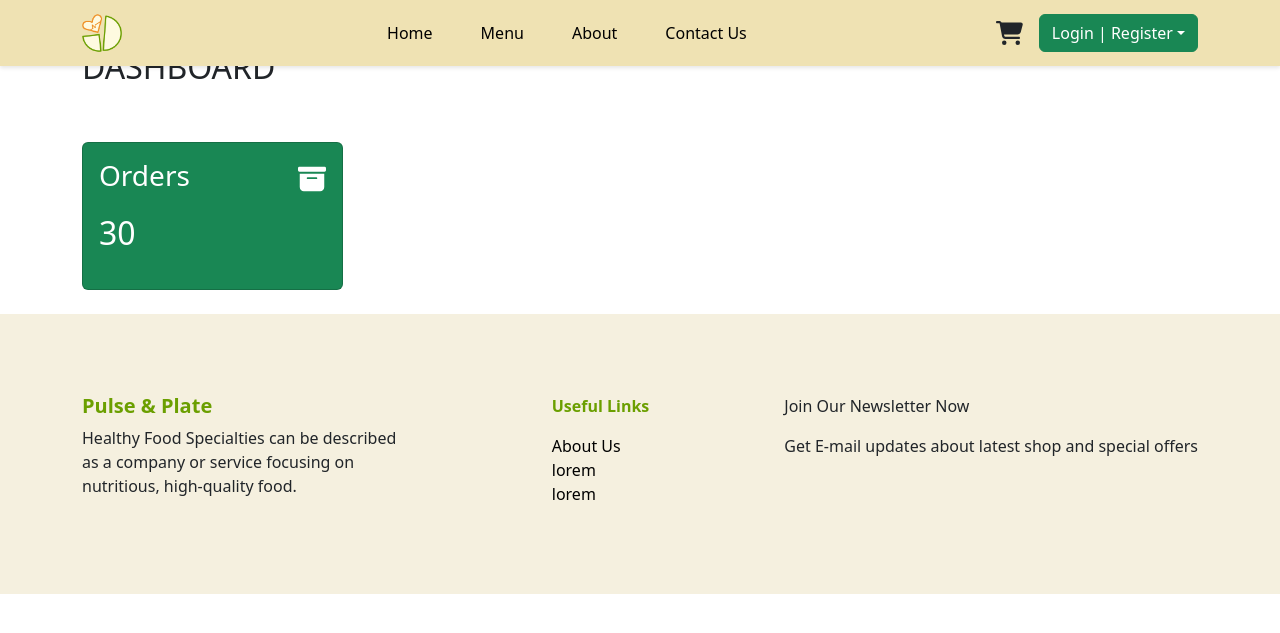
Repository: zeinawady/Pulse-and-Plate
Page: /dashboard
These files come from the project's save history. The page is drawn as it stood at one moment and after the next save; the edit follows.
The browser window is 1280 px wide. The pictures show the whole page.
The project was rebuilt for these pictures with package versions that can differ from the ones it lists, and the page was loaded fresh each time. Also part of the build but not shown: src/components/Main/Main.css, src/components/Main/Main.js, src/components/Menu/MealCard.css, src/components/Menu/MealCard.js, src/components/Menu/Categories.css, src/components/Menu/Categories.js, src/components/Menu/Menu.css, src/components/Menu/Menu.js and 21 more.

Above is the page before, as saved 2025-05-15 18:56:21.

### public/index.html
<!DOCTYPE html>
<html lang="en">
  <head>
    <meta charset="utf-8" />
    <link rel="icon" href="%PUBLIC_URL%/images/logo-trans.png" />
    <meta name="viewport" content="width=device-width, initial-scale=1" />
    <meta name="theme-color" content="#000000" />
    <meta
      name="description"
      content="Web site created using create-react-app"
    />
    <link rel="apple-touch-icon" href="%PUBLIC_URL%/images/logo-trans.png" />
    <!--
      manifest.json provides metadata used when your web app is installed on a
      user's mobile device or desktop. See https://developers.google.com/web/fundamentals/web-app-manifest/
    -->
    <link rel="manifest" href="%PUBLIC_URL%/manifest.json" />
    <!--
      Notice the use of %PUBLIC_URL% in the tags above.
      It will be replaced with the URL of the `public` folder during the build.
      Only files inside the `public` folder can be referenced from the HTML.

      Unlike "/favicon.ico" or "favicon.ico", "%PUBLIC_URL%/favicon.ico" will
      work correctly both with client-side routing and a non-root public URL.
      Learn how to configure a non-root public URL by running `npm run build`.
    -->
    <title>Pulse And Plate</title>
  </head>
  <body>
    <noscript>You need to enable JavaScript to run this app.</noscript>
    <div id="root"></div>
    <!--
      This HTML file is a template.
      If you open it directly in the browser, you will see an empty page.

      You can add webfonts, meta tags, or analytics to this file.
      The build step will place the bundled scripts into the <body> tag.

      To begin the development, run `npm start` or `yarn start`.
      To create a production bundle, use `npm run build` or `yarn build`.
    -->
  </body>
</html>

### src/index.js
import React from 'react';
import ReactDOM from 'react-dom/client';
import './index.css';
import App from './App';
import reportWebVitals from './reportWebVitals';
import 'bootstrap/dist/css/bootstrap.min.css';
import '@fortawesome/fontawesome-free/css/all.min.css';
import 'bootstrap/dist/css/bootstrap.min.css';
import './fontAwesome';
import { BrowserRouter } from 'react-router-dom';

const root = ReactDOM.createRoot(document.getElementById('root'));
root.render(
  <React.StrictMode>
    <BrowserRouter>
      <App />
    </BrowserRouter>
  </React.StrictMode>
);

// If you want to start measuring performance in your app, pass a function
// to log results (for example: reportWebVitals(console.log))
// or send to an analytics endpoint. Learn more: https://bit.ly/CRA-vitals
reportWebVitals();

### src/App.js
import React from "react";
import "./App.css";
import Home from "./components/Home/Home";
import Footer from "./components/Footer/Footer";
import { Routes, Route } from "react-router-dom";

import Header from "./components/Header/Header";
import About from "./components/About/About";
import Menu from "./components/Menu/Menu";
import ContactUs from "./components/ContactUs/ContactUs";
import Login from "./components/Login/Login";
import SignUp from "./components/SignUp/SignUp";
import UserProfile from "./components/UserProfile/UserProfile";
import { UserProvider } from "./UserContext";
import ProductInfo from "./components/ProductInfo/ProductInfo";
import PaymentPage from "./components/PaymentPage/PaymentPage";
import AdminProfile from "./components/AdminProfile/AdminProfile";
import Dashboard from "./components/Dashboard/Dashboard";

function App() {
  return (
    <UserProvider>
      <div>
        <Header />
        <Routes>
          <Route path="/" element={<Home />} />
          <Route path="/home" element={<Home />} />
          <Route path="/about" element={<About />} />
          <Route path="/menu" element={<Menu />} />
          <Route path="/category" element={<Menu />} />
          <Route path="/login" element={<Login />} />
          <Route path="/register" element={<SignUp />} />
          <Route path="/userAccount" element={<UserProfile />} />
          <Route path="/contactus" element={<ContactUs />} />
          <Route path="/product-info" element={<ProductInfo />} />
          <Route path="/PaymentPage" element={<PaymentPage />} />
          <Route path="/admin-profile" element={<AdminProfile />} />
          <Route path="/dashboard" element={<Dashboard />} />
        </Routes>

        <Footer />
      </div>
    </UserProvider>
  );
}

export default App;

### src/fontAwesome.js
// src/fontAwesome.js
import { library } from '@fortawesome/fontawesome-svg-core';
import {
    faUser,
    faCartShopping,
    faHome,
    faEnvelope,
    faSearch,
    faConciergeBell,
     faPercent,
     faTruckFast,
     faCarrot,
    // Add any other icons you need here
} from '@fortawesome/free-solid-svg-icons';

// Add icons to the library
library.add(
    faUser,
    faCartShopping,
    faHome,
    faEnvelope,
    faSearch,
    faConciergeBell,
    faPercent,
    faTruckFast,
    faCarrot,

    // Add any other icons you need here
);

### src/App.css
@font-face {
  font-family: "Lato";
  src: url("../public/Fonts/Lato/Lato-Black.ttf") format("truetype");
}

:root {
  --primary-color: #6b9f00;
  --secondary-color: #ef9025;
  --light-color: hsl(47, 66%, 82%);
  --text-color: #000000;
  --font-family: "Lato", sans-serif;
  --sections-padding: 5rem;
}

body {
  margin: 0;
  padding: 0;
  border: none !important;
  outline: none !important;
  font-family: var(--font-family);
  font-weight: 500;
  -webkit-font-smoothing: antialiased;
  -moz-osx-font-smoothing: grayscale;
  background-color: #eee;

}
a{
  text-decoration: none;
}

### src/components/Footer/Footer.js
import "../../App";

import "./Footer.css";
import { Container } from "react-bootstrap";
import Button from "react-bootstrap/Button";
import { FontAwesomeIcon } from "@fortawesome/react-fontawesome";


export default function Footer() {
    return (
        <footer>
            <Container fluid="md">
            <div className="wrapper-footer">
                <div className="info">
                    <h5>Pulse & Plate</h5>
                    <p>Healthy Food Specialties can be described as a company or service focusing on nutritious, high-quality food. </p>
                </div>
                <div className="links">
                    <p >Useful Links</p>
                    <a href="#">About Us</a>
                    <a href="#">lorem</a>
                    <a href="#">lorem</a>
                </div>
                <div>
                    <p>Join Our Newsletter Now </p>
                    <p>Get E-mail updates about latest shop and special offers </p>
                </div>
            </div>
            </Container>
        </footer>
    );
}

### src/components/Header/Header.js
import React from 'react';
import './Header.css';
import '../../App';
import { Link, NavLink, useNavigate } from 'react-router-dom';
import { useUser } from "../../UserContext";

// React Bootstrap
import Container from 'react-bootstrap/Container';
import Nav from 'react-bootstrap/Nav';
import Navbar from 'react-bootstrap/Navbar';
import Dropdown from 'react-bootstrap/Dropdown';

// Font Awesome
import { FontAwesomeIcon } from '@fortawesome/react-fontawesome';
import { faCartShopping } from '@fortawesome/free-solid-svg-icons';

export default function Header() {
    const { user, setUser } = useUser();
    const navigate = useNavigate();

    const handleLogout = () => {
        navigate('/login');
        localStorage.removeItem("user");
        localStorage.removeItem("token");
        setUser(null);
    };

    return (
        <Navbar expand="md" className="fixed-top">
            <Container fluid="md">
                <Navbar.Brand as={Link} to="/home">
                    <img
                        src="/images/logo-trans.png"
                        width="40"
                        height="40"
                        className="d-inline-block align-top"
                        alt="React Bootstrap logo"
                    />
                </Navbar.Brand>

                <Navbar.Toggle aria-controls="basic-navbar-nav" />
                <Navbar.Collapse id="basic-navbar-nav">
                    <Nav className="me-auto ms-auto">
                        <Nav.Link as={NavLink} to="/home">Home</Nav.Link>
                        <Nav.Link as={NavLink} to="/menu">Menu</Nav.Link>
                        <Nav.Link as={NavLink} to="/about">About</Nav.Link>
                        <Nav.Link as={NavLink} to="/contactus">Contact Us</Nav.Link>
                    </Nav>

                    <div className="icons d-flex align-items-center gap-3">
                        <FontAwesomeIcon icon={faCartShopping} size="lg" />

                        <Dropdown align="end">
                            <Dropdown.Toggle variant="success" id="dropdown-user">
                                {user?.name ? user.name.split(" ")[0] : "Login | Register"}
                            </Dropdown.Toggle>

                            <Dropdown.Menu>
                                {user?.name ? (
                                    <>
                                        <Dropdown.Item as={Link} to="/userAccount">Profile</Dropdown.Item>
                                        <Dropdown.Item onClick={handleLogout}>Logout</Dropdown.Item>
                                    </>
                                ) : (
                                    <>
                                        <Dropdown.Item as={Link} to="/login">Login</Dropdown.Item>
                                        <Dropdown.Item as={Link} to="/register">Register</Dropdown.Item>
                                    </>
                                )}
                            </Dropdown.Menu>
                        </Dropdown>
                    </div>
                </Navbar.Collapse>
            </Container>
        </Navbar>
    );
}

### src/UserContext.jsx
import { createContext, useContext, useState } from 'react';

const UserContext = createContext();

export function UserProvider({ children }) {
  const [user, setUser] = useState(() => {
    const stored = localStorage.getItem('user');
    return stored ? JSON.parse(stored) : null;
  });

  const updateUser = (updatedUser) => {
    localStorage.setItem('user', JSON.stringify(updatedUser));
    setUser(updatedUser);
  };

  return (
    <UserContext.Provider value={{ user, setUser: updateUser }}>
      {children}
    </UserContext.Provider>
  );
}

export function useUser() {
    return useContext(UserContext);
}

### src/components/Dashboard/Dashboard.js
import React from "react";
import "../../App";
import "./Dashboard.css";
import { BsFillArchiveFill } from "react-icons/bs";
export default function Dashboard() {
  return (
    <div className="main-container container">
      <h2 className="py-5">DASHBOARD</h2>

      <div className="row mb-4 ">

        <div className="col-md-3 col-sm-6">
          <div className="card text-white bg-success h-100">
            <div className="card-body">
              <div className="card-inner">
                <div className="card-title d-flex justify-content-between">
                  <h3>Orders</h3>
                  <h3 className="card_icon ">
                    <BsFillArchiveFill />
                  </h3>
                </div>
                  <p className="fs-2">30</p>
              </div>
            </div>
          </div>
        </div>



      </div>
    </div>
  );
}

### src/components/Footer/Footer.css
footer{
    background-color: hsla(47, 53%, 90%, 0.822);
    padding-block-start: var(--sections-padding);
    padding-block-end: var(--sections-padding);
}
.wrapper-footer{
    display: flex;
    justify-content: space-between;

}
.wrapper-footer .info{
  width: 30%;

}
.wrapper-footer .info h5{
    color: var(--primary-color);
    font-weight: 700;
}
.links>p:first-child{
font-weight: 700;
color: var(--primary-color);

}
.links{
    display: flex;
    flex-direction: column;
}
.links a{
    text-decoration: none;
    color: var(--text-color);
}
@media (max-width: 767px) {
    .wrapper-footer{
       flex-direction: column;
    }
    .wrapper-footer .info{
        width: 100%;
      }

}

### src/components/Header/Header.css
.navbar {
    box-shadow: 0 2px 4px rgba(0, 0, 0, 0.1);
    /* background-color: rgba(254, 250, 225, 0.3);
     */
     background-color: var(--light-color);
     z-index: 100;
}

.navbar-nav .nav-link,
.dropdown-menu .dropdown-item {
    color: var(--text-color);
}


/* * --> all children */
.navbar .nav-link {
    padding: 0 1.5rem !important;
    text-align: center;
}

@media (max-width: 767px) {
    .navbar .nav-link {
        padding: 0.5rem 0 !important;
    }

    .icons>svg {
        padding-top: 0.5rem;
        margin: auto;
        font-size: 1.25rem;
    }
}

.icons {
    display: flex;
    gap: 1.5rem;
}

.icons svg {
    font-size: 1.5rem;
}

.navbar-toggler {
    border: none !important;
}

.navbar-toggler:focus {
    box-shadow: none !important;
}

@media (max-width: 767px) {

    /* .navbar .dropdown-menu {
                position: absolute !important;
                top: 80% !important;
                left: 35% !important;
                background-color: var(--light-color);
                right: 0;
                width: 100%;
                z-index: 1050;
            } */
    .navbar-nav {
        .dropdown-menu {
            width: 50%;
            margin: auto;
            text-align: center;
        }

        /* .dropdown-menu[data-bs-popper] {
            top: 100%;
            left: 50%;
            transform: translateX(-50%);
        } */

        /* .nav-item,
        .nav-link {
            text-align: center;
        } */
    }
}

@media (max-width: 441px) {
    .navbar-nav {
        .dropdown-menu {
            width: 35%;
        }
    }
}

### src/components/PaymentPage/PaymentPage.css
:root {
    --primary-color: #6b9f00;
    --secondary-color: #ef9025;
    --light-color: #efe2b3;
    --secondary-light-color: #FDFAE0;
    --text-color: #000000;
    --font-family: "Lato", sans-serif;
    --sections-padding: 5rem;
    --section-margin: 60px;
    /* This variable can be used or adjusted for header height */
}

body {
    margin: 0;
    padding: 0;
    border: none !important;
    outline: none !important;
    font-family: var(--font-family);
    font-weight: 500;
    -webkit-font-smoothing: antialiased;
    -moz-osx-font-smoothing: grayscale;
    background-color: #eee;
    color: var(--text-color);
}

.payment-page a {
    text-decoration: none;
    color: var(--primary-color);
}


/* Main container */
.payment-page.container {
    max-width: 960px;
    margin: 100px;
    padding: var(--sections-padding) 30px;
    background-color: var(--secondary-light-color);
    border-radius: 10px;
    box-shadow: 0 4px 15px rgba(107, 159, 0, 0.3);

}

/* Card style */
.payment-page .card {
    background: var(--light-color);
    border-radius: 12px;
    box-shadow: 0 6px 20px rgba(0, 0, 0, 0.1);
    padding: 30px;
    margin-bottom: 30px;
}

/* Card header */
.payment-page .card-header {
    font-weight: 700;
    font-size: 1.5rem;
    color: var(--primary-color);
    border-bottom: 3px solid var(--secondary-color);
    padding-bottom: 15px;
    margin-bottom: 25px;
}

/* Order Summary Items */
.payment-page .card-body>div.d-flex {
    font-size: 1.1rem;
    justify-content: space-between;
    padding: 8px 0;
    border-bottom: 1px solid var(--secondary-light-color);
}

.payment-page .card-body>hr+div {
    font-weight: 700;
    font-size: 1.25rem;
    color: var(--primary-color);
    padding-top: 10px;
}

/* Form headings */
.payment-page h4,
.payment-page h5 {
    color: var(--primary-color);
    margin-bottom: 20px;
    font-weight: 700;
}

/* Form labels */
.payment-page .form-label {
    font-weight: 600;
    color: var(--text-color);
}

/* Input fields */
.payment-page .form-control {
    border-radius: 8px;
    border: 2px solid var(--primary-color);
    padding: 10px 15px;
    font-family: var(--font-family);
    font-weight: 500;
    font-size: 1rem;
    transition: border-color 0.3s ease;
    color: var(--text-color);
    background-color: #fff;
}

.payment-page .form-control:focus {
    border-color: var(--secondary-color) !important;
    box-shadow: 0 0 8px var(--secondary-color) !important;
    outline: none;
}

/* Validation feedback */
.payment-page .is-invalid {
    border-color: #dc3545 !important;
}

.payment-page .is-invalid:focus {
    box-shadow: 0 0 8px rgba(220, 53, 69, 0.5);
}

.payment-page .invalid-feedback {
    font-size: 0.9rem;
    color: #dc3545;
    margin-top: 6px;
}

/* Radio buttons */
.payment-page .form-check-label {
    font-size: 1rem;
    color: var(--text-color);
}


.payment-page button:hover {
    background-color: var(--secondary-color);
}

/* Submit button - This existing style will override the general button style for submit buttons where properties differ */
.payment-page button[type="submit"] {
    background-color: var(--primary-color);
    /* This is fine, can be more specific if needed */
    border: none;
    color: white;
    font-weight: 700;
    /* Specific to submit */
    padding: 14px 32px;
    /* Specific to submit */
    border-radius: 8px;
    cursor: pointer;
    font-size: 1.1rem;
    /* Specific to submit */
    transition: background-color 0.3s ease;
    box-shadow: 0 5px 15px rgba(107, 159, 0, 0.2);
    /* Specific to submit */
}

.payment-page button[type="submit"]:hover {
    background-color: var(--secondary-color);
    box-shadow: 0 6px 20px rgba(239, 144, 37, 0.3);
    /* Specific to submit */
}

/* Responsive */
@media (max-width: 768px) {
    .payment-page.container {
        padding: 3rem 15px;
        margin-top: 60px;
        /* Adjusted margin for smaller screens if header is smaller or fixed differently */
    }

        .payment-page .row>div {
        margin-bottom: 25px;
    }
}

Loaded but not shown: src/index.css (common file); src/reportWebVitals.js (common file)

After the next save:
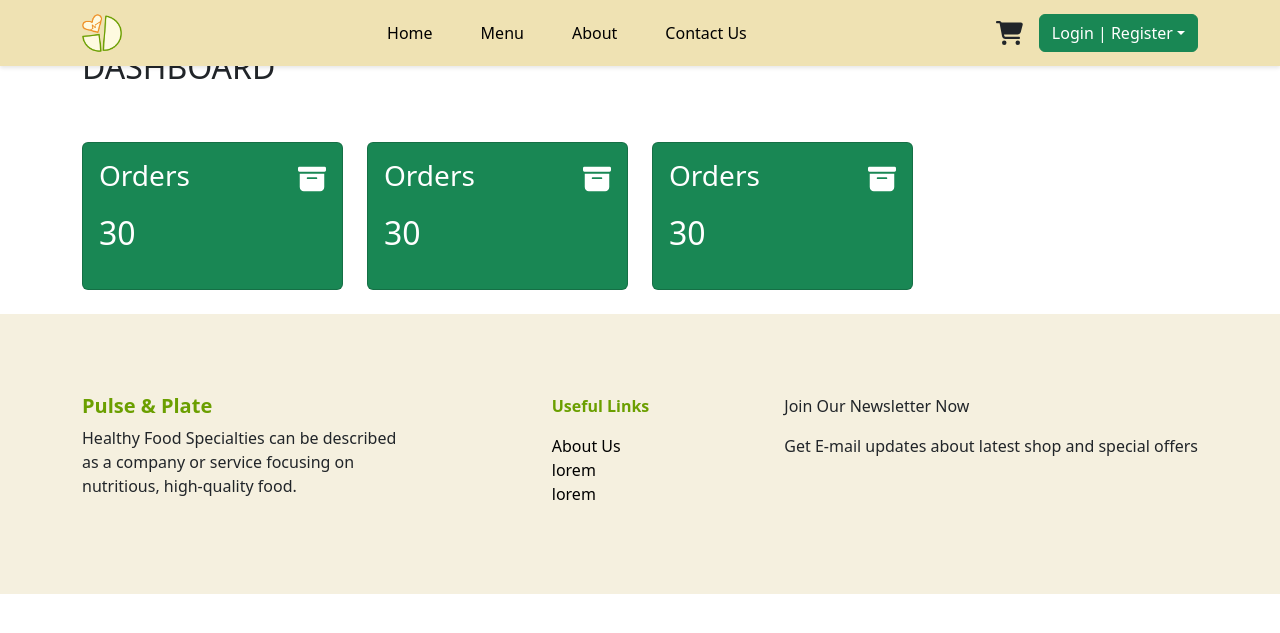
Saved 6 s later.
--- a/src/components/Dashboard/Dashboard.js
+++ b/src/components/Dashboard/Dashboard.js
@@ -25,6 +25,38 @@ export default function Dashboard() {
           </div>
         </div>
 
+ <div className="col-md-3 col-sm-6">
+          <div className="card text-white bg-success h-100">
+            <div className="card-body">
+              <div className="card-inner">
+                <div className="card-title d-flex justify-content-between">
+                  <h3>Orders</h3>
+                  <h3 className="card_icon ">
+                    <BsFillArchiveFill />
+                  </h3>
+                </div>
+                  <p className="fs-2">30</p>
+              </div>
+            </div>
+          </div>
+        </div>
+
+
+         <div className="col-md-3 col-sm-6">
+          <div className="card text-white bg-success h-100">
+            <div className="card-body">
+              <div className="card-inner">
+                <div className="card-title d-flex justify-content-between">
+                  <h3>Orders</h3>
+                  <h3 className="card_icon ">
+                    <BsFillArchiveFill />
+                  </h3>
+                </div>
+                  <p className="fs-2">30</p>
+              </div>
+            </div>
+          </div>
+        </div>
 
 
       </div>
